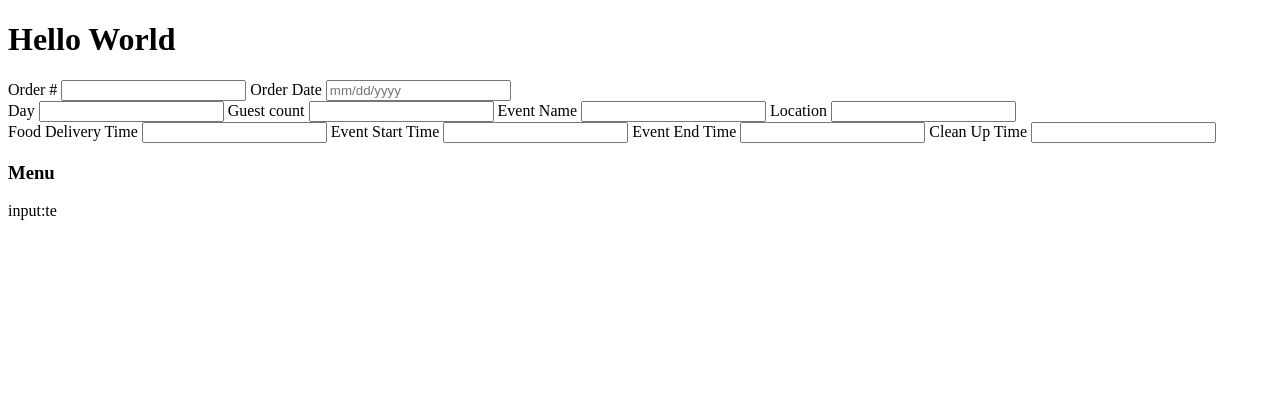
Repository: pmbyrd/rgp-catering
Page: index.html
The author's editor kept a copy of each file at every save. The page is drawn from the files as they stood at one save, then again after a run of saves.
The browser window is 1280 px wide. The pictures show the whole page.

Above is the page before, as saved 2023-12-04 17:40:55.

After the next 2 saves:
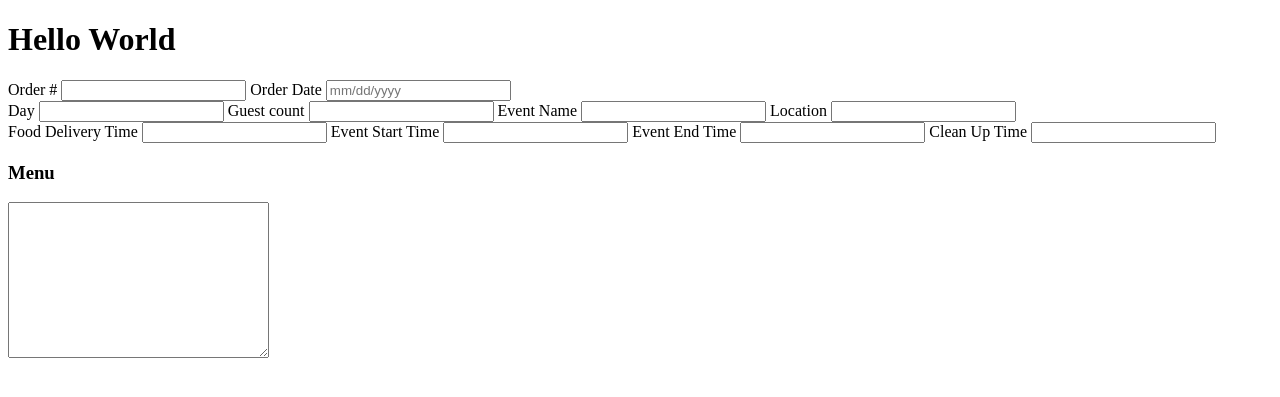
The 2 saves are shown as one change because they came seconds apart.
The last was saved 10 s later.
--- a/index.html
+++ b/index.html
@@ -41,7 +41,7 @@
         <div class="food-order">
             <label for="menu">
                 <h3>Menu</h3>
-                input:te
+                <textarea name="" id="" cols="30" rows="10"></textarea>
             </label>
         </div>
     </form>
